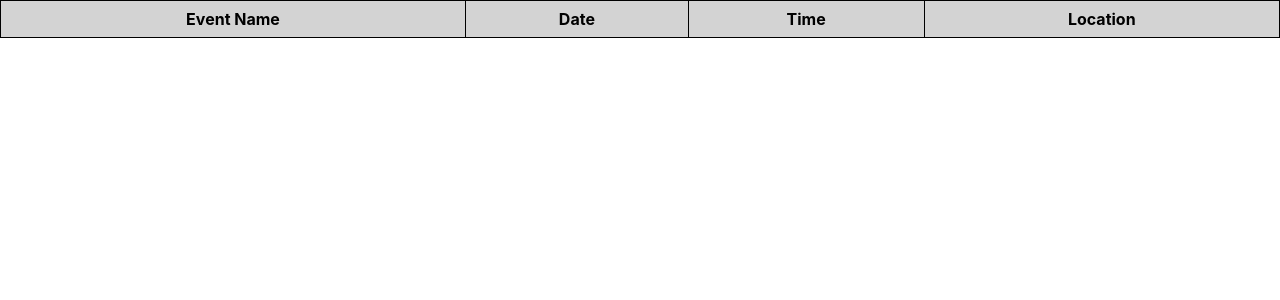
Repository: TauqeerHusain/Assignment
Page: /
An editor plug-in stored every save of this project. The page is shown before and after a run of saves, followed by the edit.
The browser window is 1280 px wide. The pictures show the whole page.
The page's requests for data from a server got no answer. The project was rebuilt for these pictures with package versions that can differ from the ones it lists, and the page was loaded fresh each time. No one was signed in, and anything a server would have sent is missing.

Above is the page before, as saved 2023-02-06 19:44:47.

After the next 2 saves:
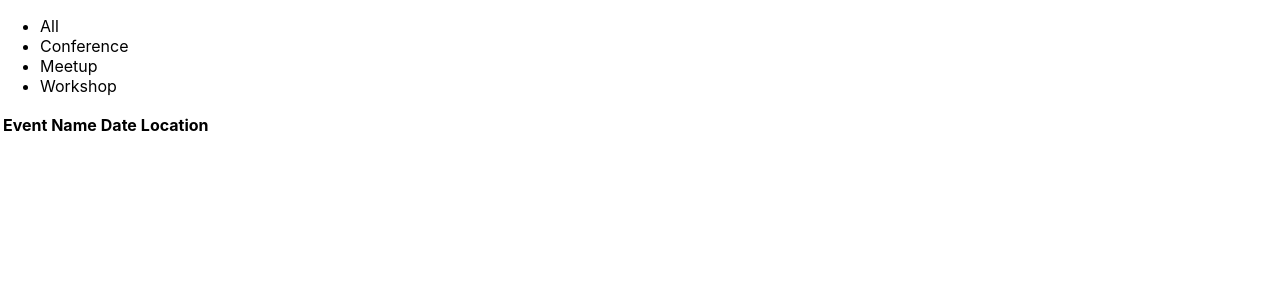
The 2 saves are shown as one change because 1 did not build or start.
The last was saved 2 h 7 min later.
--- a/src/App.js
+++ b/src/App.js
@@ -1,38 +1,88 @@
 import React, { useState, useEffect } from "react";
 import "./App.css";
 
-const App = () => {
+const EventTable = () => {
   const [events, setEvents] = useState([]);
+  const [activeTab, setActiveTab] = useState("All");
 
   useEffect(() => {
-    fetch("https://my-api.com/events")
-      .then((response) => response.json())
-      .then((data) => setEvents(data))
-      .catch((error) => console.error(error));
+    // Fetch events data and set it to the state
+    fetch("https://api.myevents.com/events")
+      .then((res) => res.json())
+      .then((data) => setEvents(data));
   }, []);
 
+  const handleTabClick = (tab) => {
+    setActiveTab(tab);
+  };
+
+  const filteredEvents =
+    activeTab === "All"
+      ? events
+      : events.filter((event) => event.type === activeTab);
+
   return (
-    <table className="events-table">
-      <thead>
-        <tr>
-          <th>Event Name</th>
-          <th>Date</th>
-          <th>Time</th>
-          <th>Location</th>
-        </tr>
-      </thead>
-      <tbody>
-        {events.map((event) => (
-          <tr key={event.id}>
-            <td>{event.name}</td>
-            <td>{event.date}</td>
-            <td>{event.time}</td>
-            <td>{event.location}</td>
+    <div className="event-table-container">
+      <div className="event-types-container">
+        <ul className="event-types-list">
+          <li
+            className={`event-types-item ${
+              activeTab === "All" ? "active" : ""
+            }`}
+            onClick={() => handleTabClick("All")}
+          >
+            All
+          </li>
+          <li
+            className={`event-types-item ${
+              activeTab === "Conference" ? "active" : ""
+            }`}
+            onClick={() => handleTabClick("Conference")}
+          >
+            Conference
+          </li>
+          <li
+            className={`event-types-item ${
+              activeTab === "Meetup" ? "active" : ""
+            }`}
+            onClick={() => handleTabClick("Meetup")}
+          >
+            Meetup
+          </li>
+          <li
+            className={`event-types-item ${
+              activeTab === "Workshop" ? "active" : ""
+            }`}
+            onClick={() => handleTabClick("Workshop")}
+          >
+            Workshop
+          </li>
+        </ul>
+      </div>
+      <table className="event-table">
+        <thead>
+          <tr>
+            <th className="event-table-header">Event Name</th>
+            <th className="event-table-header">Date</th>
+            <th className="event-table-header">Location</th>
           </tr>
-        ))}
-      </tbody>
-    </table>
+        </thead>
+      </table>
+      <div className="event-table-body">
+        <table className="event-table">
+          <tbody>
+            {filteredEvents.map((event) => (
+              <tr key={event.id} className="event-table-row">
+                <td className="event-table-cell">{event.name}</td>
+                <td className="event-table-cell">{event.date}</td>
+                <td className="event-table-cell">{event.location}</td>
+              </tr>
+            ))}
+          </tbody>
+        </table>
+      </div>
+    </div>
   );
 };
 
-export default App;
+export default EventTable;
